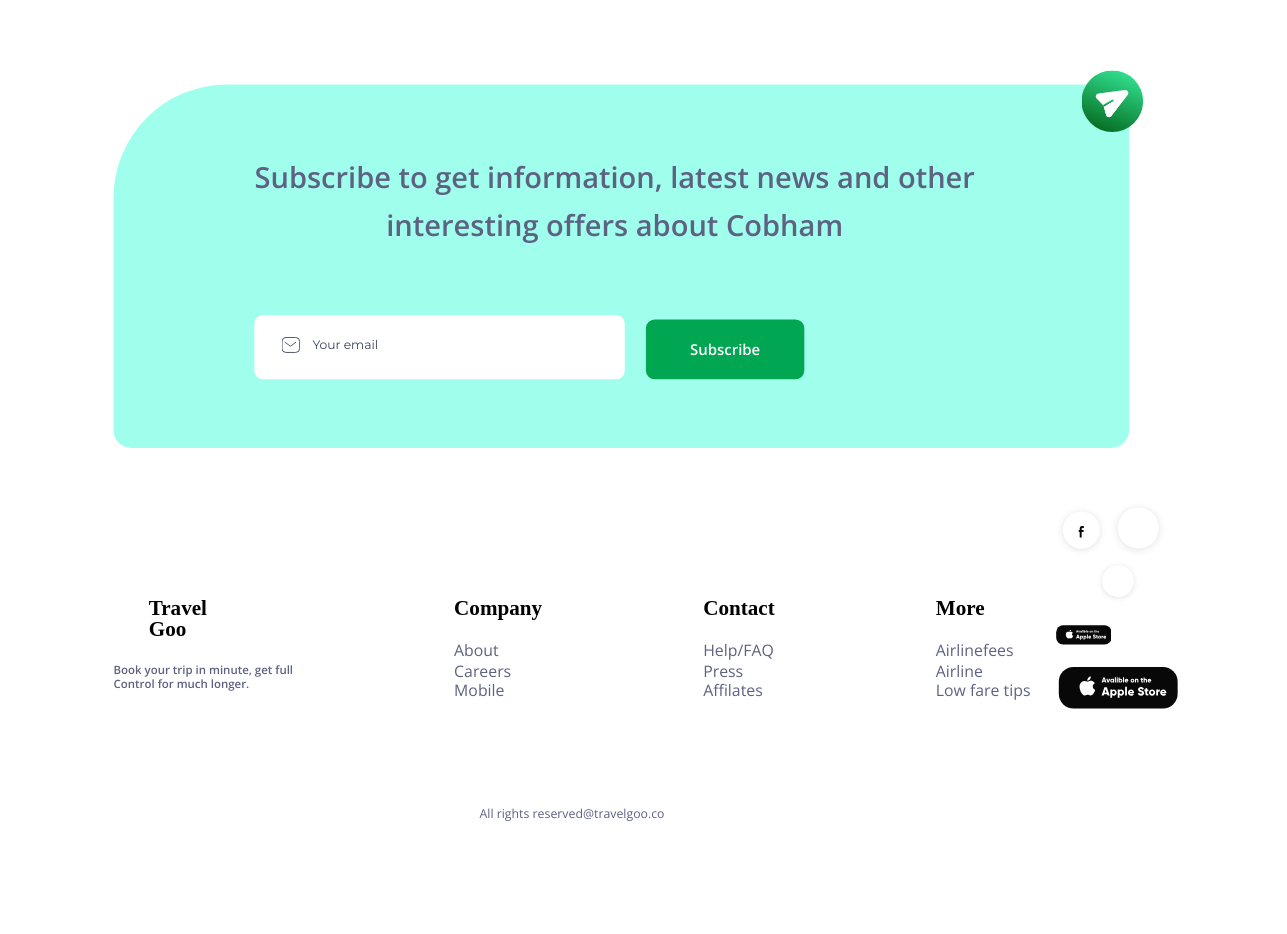
Repository: HeybetzadeQedim/task-5
Page: index.html
These files come from the project's save history. The page is drawn as it stood at one moment and after the next save; the edit follows.
The browser window is 1280 px wide. The page is 1341 px wide, then 1462 px, so the pictures cover 1462 px, including what lies to the right of the window. The pictures show the whole page, at 88% of full size.
Some web fonts or font styles are not loaded; a fallback is used.

Above is the page before, as saved 2023-10-16 16:04:56.

After the next save:
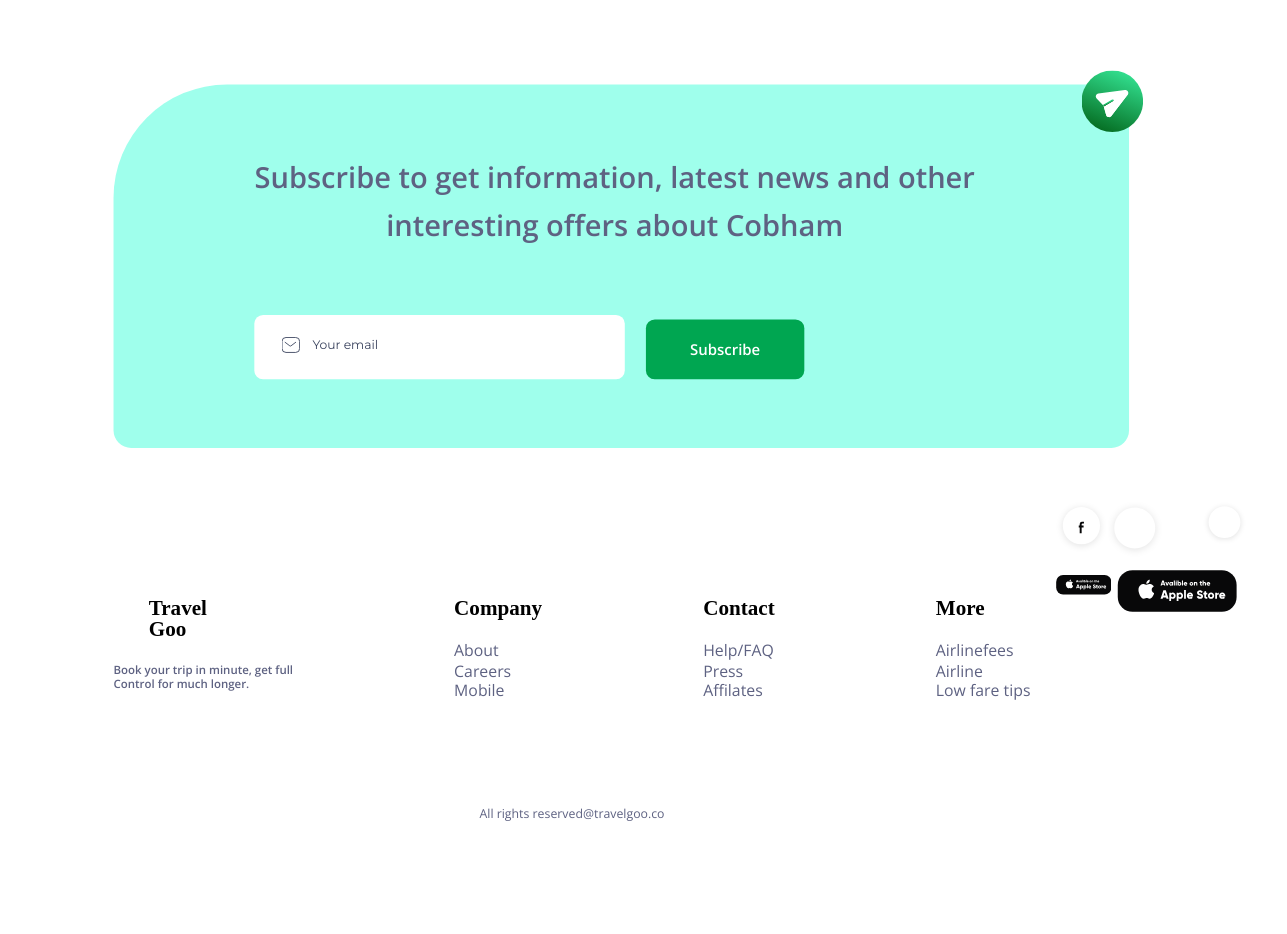
Saved 25 s later.
--- a/index.css
+++ b/index.css
@@ -239,3 +239,6 @@
 .flex-box-5 {
   margin-right: 22px;
 }
+.circle-box {
+  display: flex;
+}
